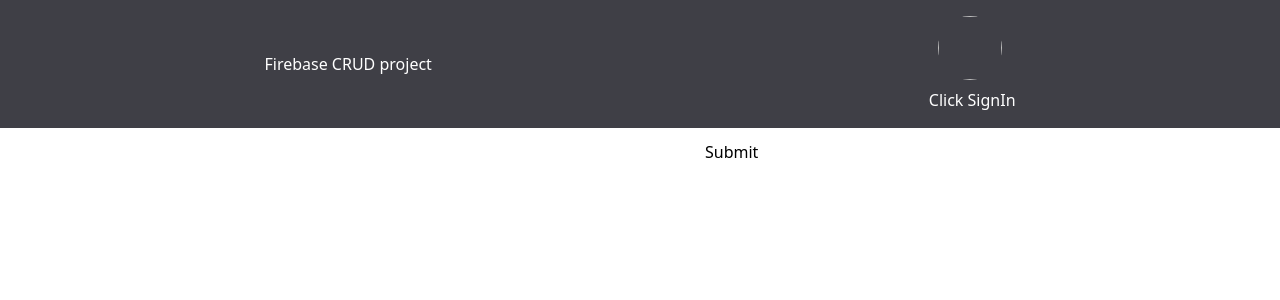
Repository: Semanmernstack/firebase-crud
Page: /
The author's editor kept a copy of each file at every save. The page is drawn from the files as they stood at one save, then again after the next save.
The browser window is 1280 px wide. The pictures show the whole page.
The project was rebuilt for these pictures with package versions that can differ from the ones it lists, and the page was loaded fresh each time.

Above is the page before, as saved 2023-03-17 01:47:06.

### src/index.css
body {
  margin: 0;

}

@tailwind base;
@tailwind components;
@tailwind utilities;

### src/App.js



import Body from "./components/Body";
import Header from "./components/Header";





function App() {

  return (
    <div className="">
      <Header/>
      <Body/>
    </div>
  );
}

export default App;

### src/components/Body.js
import React from 'react'
import { useForm } from 'react-hook-form';

function Body() {
    const {
        register,
        handleSubmit,
        formState: { errors },
    } = useForm();
  return (
    <div className="p-3">
        <form onSubmit={handleSubmit((data) => console.log(data))}>
        <input  {...register('firstName')} />
        <input {...register('lastName', { required: true })} />
        {errors.lastName && <p>Last name is required.</p>}
        <input {...register('age', { pattern: /\d+/ })} />
        {errors.age && <p>Please enter number for age.</p>}
        <input type="submit" />
        </form>

    </div>
  )
}

export default Body

### src/components/Header.js


import Login from "./Login"


function Header() {
  const [user, setUser] = ("")


  return (
    <nav className="flex items-center justify-around bg-zinc-700 text-white p-4">
        <div>
            <h1> Firebase CRUD project</h1>
        </div>
        <Login/>

    </nav>


  )
}

export default Header

### src/components/Login.js
import { onAuthStateChanged, signInWithPopup } from 'firebase/auth'
import React, { useEffect, useState } from 'react'
import { auth, provider } from '../firebase.'


function Login() {
    const [user, setUser] = useState("")
    useEffect(() => {

        onAuthStateChanged(auth, (user) => {
            console.log(user)
          if (user) {
            setUser(user)
          }
        })

      }, [])





    const signIn = () => {
       try {
            signInWithPopup(auth, provider)
       }
       catch (error) {
            alert(error.message)
       }
    }
  return (
    <div className="flex flex-col items-center gap-2">
        <div className="flex gap-1 items-center">
            <img className='rounded-full h-16 w-16' src={user.photoURL} alt="" />
            <h1>{user?.displayName}</h1>
        </div>
        <div>
            <button onClick={signIn} >Click SignIn</button>
        </div>



    </div>
  )
}

export default Login

### src/firebase..js
import { initializeApp } from "firebase/app";
import { getAuth, GoogleAuthProvider } from "firebase/auth";
import { getFirestore } from "firebase/firestore";
// TODO: Add SDKs for Firebase products that you want to use
// https://firebase.google.com/docs/web/setup#available-libraries

// Your web app's Firebase configuration
const firebaseConfig = {
  apiKey: "AIzaSyBgS0aivKoq6PRjPIzLlCpHxI0D8M1DMtw",
  authDomain: "school-81c7d.firebaseapp.com",
  projectId: "school-81c7d",
  storageBucket: "school-81c7d.appspot.com",
  messagingSenderId: "524069258489",
  appId: "1:524069258489:web:11c09d32a06e9a8b970e28"
};

// Initialize Firebase
const app = initializeApp(firebaseConfig);
const auth = getAuth(app);
const provider = new GoogleAuthProvider();

export { auth, provider }

Loaded but not shown: public/index.html (common file); src/index.js (common file); src/reportWebVitals.js (common file); tailwind.config.js (common file)

After the next save:
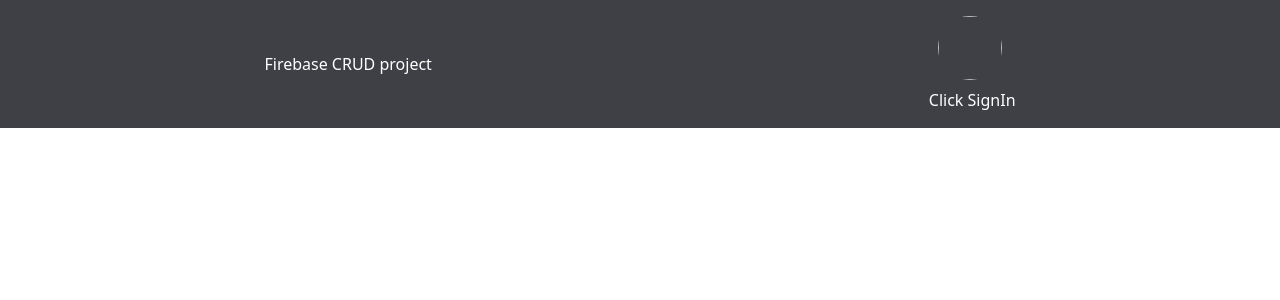
Saved 4 min 8 s later.
--- a/src/components/Body.js
+++ b/src/components/Body.js
@@ -8,14 +8,14 @@
         formState: { errors },
     } = useForm();
   return (
-    <div className="p-3">
+    <div className="p-3 text-white">
         <form onSubmit={handleSubmit((data) => console.log(data))}>
-        <input  {...register('firstName')} />
-        <input {...register('lastName', { required: true })} />
-        {errors.lastName && <p>Last name is required.</p>}
-        <input {...register('age', { pattern: /\d+/ })} />
-        {errors.age && <p>Please enter number for age.</p>}
-        <input type="submit" />
+            <input  {...register('firstName')} />
+            <input {...register('lastName', { required: true })} />
+            {errors.lastName && <p>Last name is required.</p>}
+            <input {...register('age', { pattern: /\d+/ })} />
+            {errors.age && <p>Please enter number for age.</p>}
+            <input type="submit" />
         </form>
 
     </div>

After the save that followed:
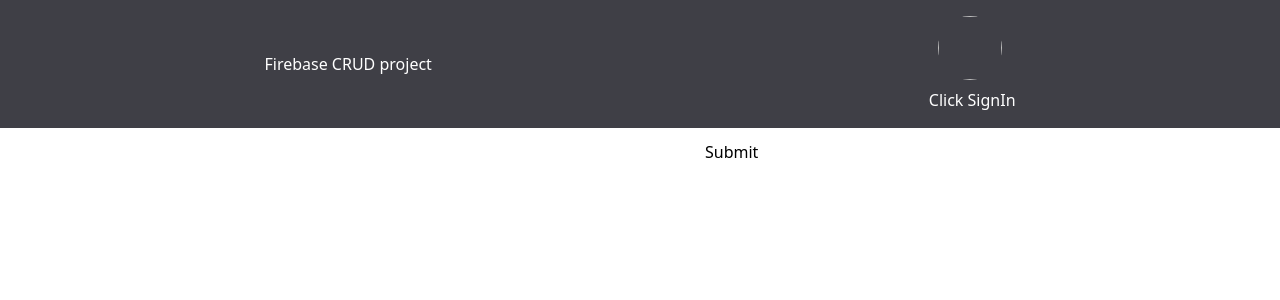
Saved 30 s later.
--- a/src/components/Body.js
+++ b/src/components/Body.js
@@ -8,7 +8,7 @@
         formState: { errors },
     } = useForm();
   return (
-    <div className="p-3 text-white">
+    <div className="p-3 text-black">
         <form onSubmit={handleSubmit((data) => console.log(data))}>
             <input  {...register('firstName')} />
             <input {...register('lastName', { required: true })} />
